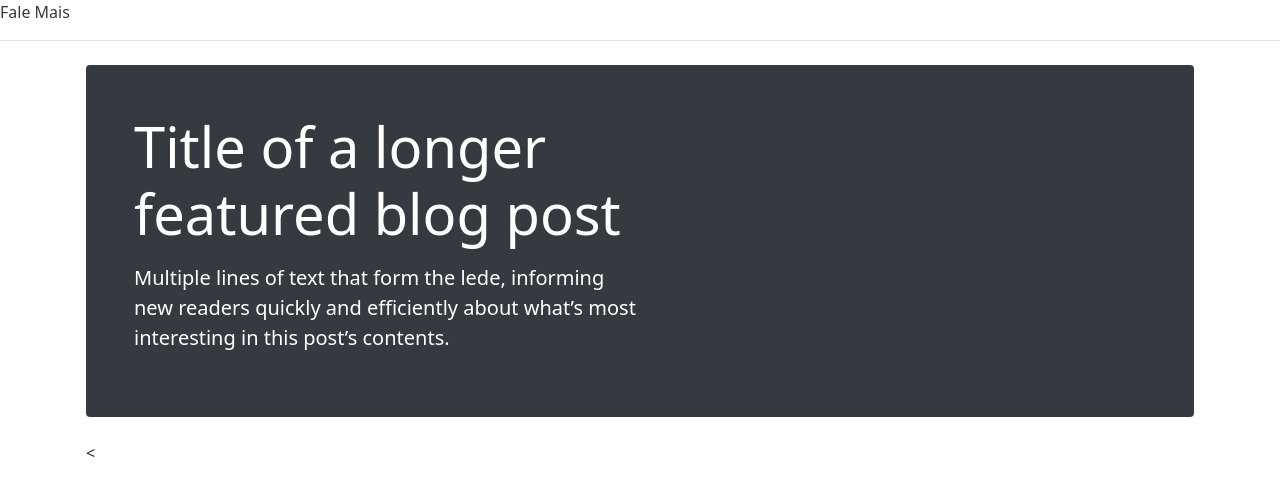
Repository: JuniorMagalhaesDeAlcantara/Fale-Mais
Page: src/resource/index.html
The author's editor kept a copy of each file at every save. The page is drawn from the files as they stood at one save, then again after the next save.
The browser window is 1280 px wide. The pictures show the whole page.

Above is the page before, as saved 2022-08-02 14:28:01.

After the next save:
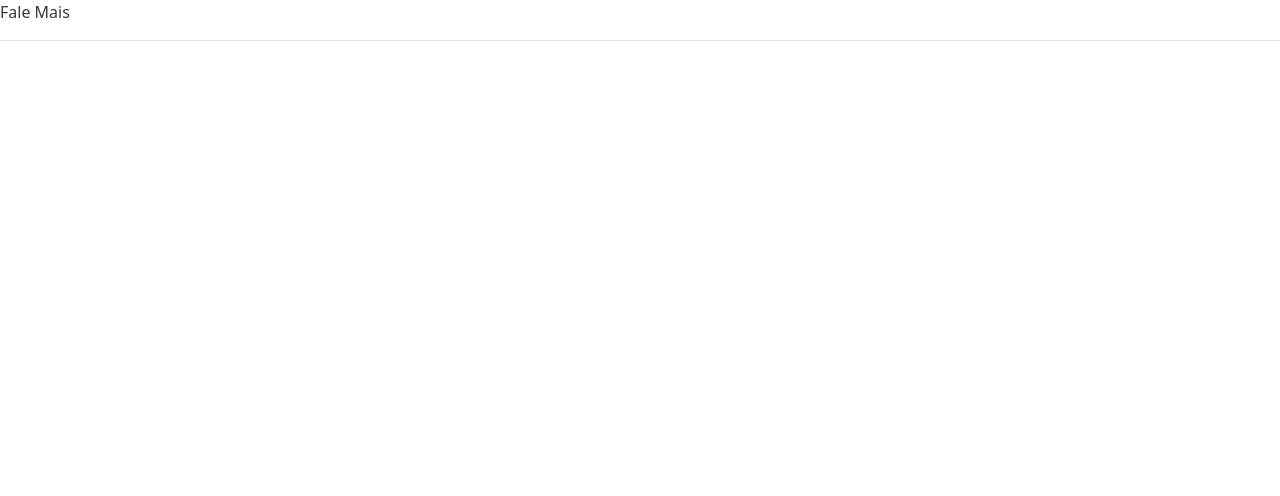
Not found: src/resource/img/telefone.jpg
Saved 47 s later.
--- a/src/resource/index.html
+++ b/src/resource/index.html
@@ -17,13 +17,14 @@
         </div>
       </header>
       <main class="container">
-        <div class="p-4 p-md-5 mb-4 text-white rounded bg-dark">
+        <div class="p-4 p-md-5 mb-4 text-white">
+            <img src="../resource/img/telefone.jpg" alt="">
           <div class="col-md-6 px-0">
             <h1 class="display-4 fst-italic">Title of a longer featured blog post</h1>
             <p class="lead my-3">Multiple lines of text that form the lede, informing new readers quickly and efficiently about what’s most interesting in this post’s contents.</p>
          </div>
         </div>
-      <
+
 
 
 </body>
